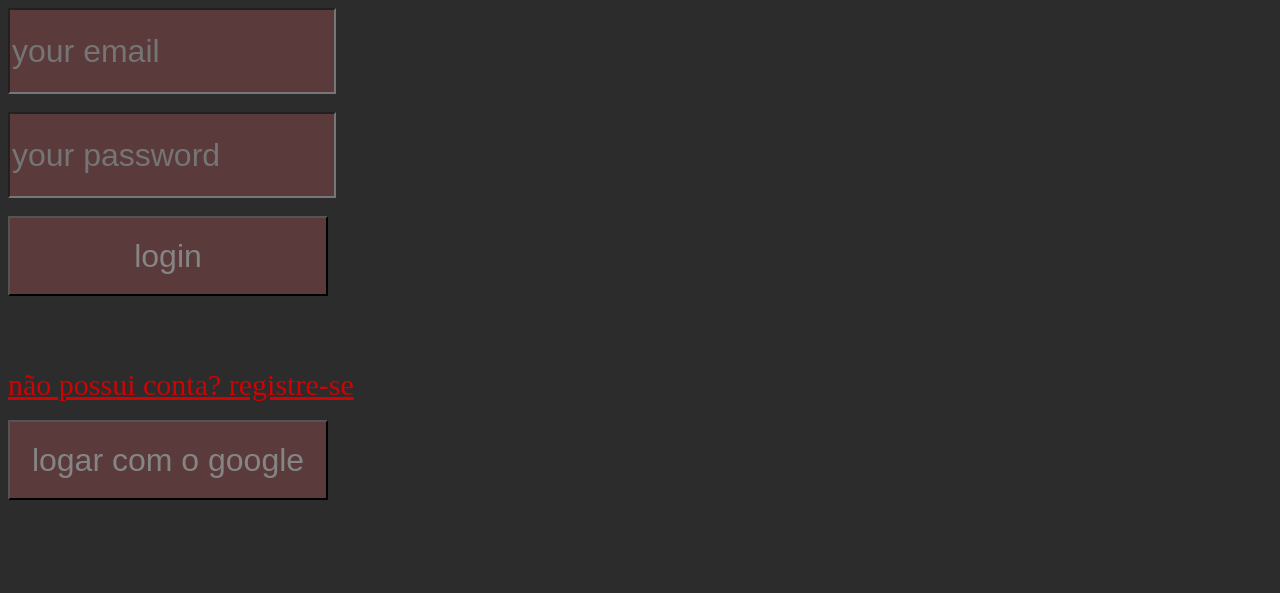
Repository: Vinicius-Borges7/NMLS
Page: frontend/pages/index.html
These files come from the project's save history. The page is drawn as it stood at one moment and after a run of saves; the edit follows.
The browser window is 1280 px wide. The pictures show the whole page.

Above is the page before, as saved 2023-05-22 14:53:19.

After the next 3 saves:
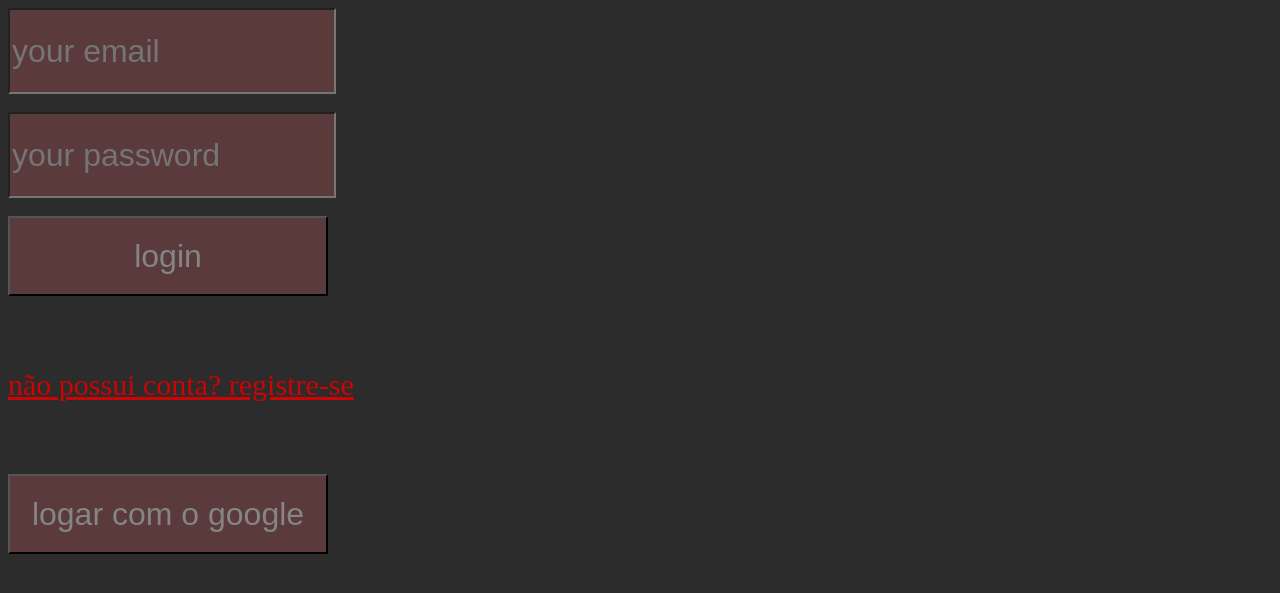
The 3 saves are shown as one change because they came seconds apart.
The last was saved 11 s later.
--- a/frontend/pages/index.html
+++ b/frontend/pages/index.html
@@ -15,10 +15,12 @@
         <input name="password" id="iptPassword" placeholder="your password" required/><br/><br/>
         <button onclick="login()">login</button><br/><br/><br/><br/><br/>
     </section>
+
     <section>
         <a href="file:///C:/Users/if4health/Desktop/LoginSystem/frontend/pages/register.html">não possui conta? registre-se</a>
+        <br/><br/><br/><br/><br/>
     </section>
-    <br/>
+
     <section>
         <button>logar com o google</button>
     </section>
